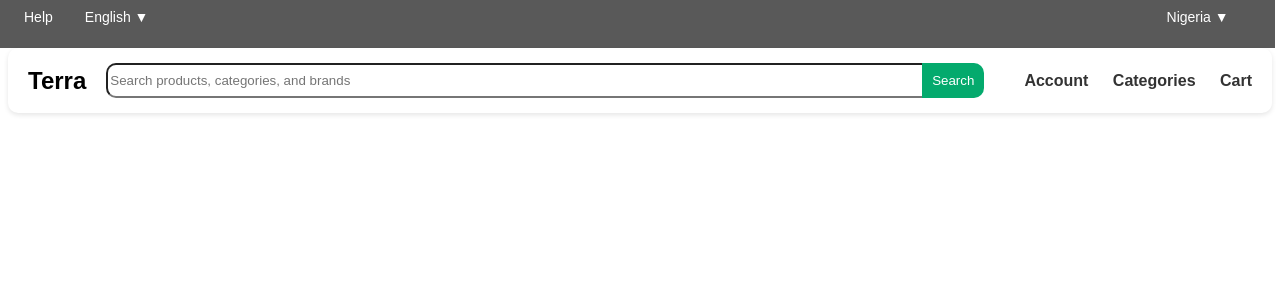
Repository: Femi007-gh/e-commerce
Page: index.html
An editor plug-in stored every save of this project. The page is shown before and after the next save, followed by the edit.
The browser window is 1280 px wide. The pictures show the whole page.

Above is the page before, as saved 2025-04-28 19:31:02.

After the next save:
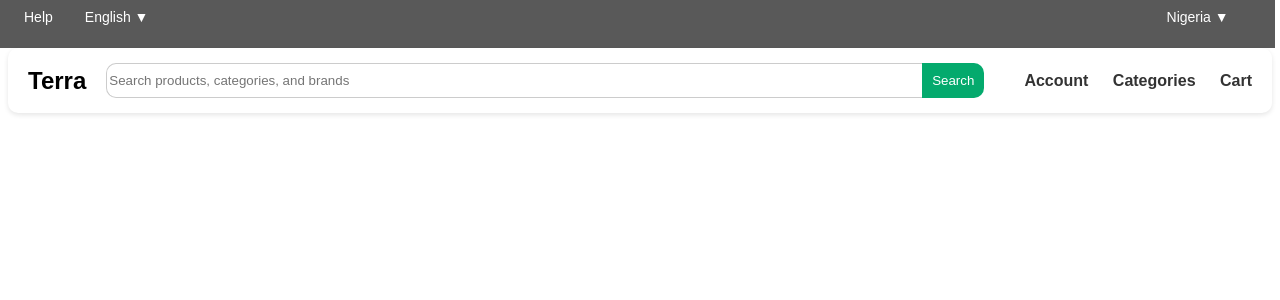
Saved 4 s later.
--- a/style.css
+++ b/style.css
@@ -94,7 +94,6 @@ body{
 
 .search-bar input {
   flex: 1;
-  paddi
   border: 1px solid #ccc;
   border-right: none;
   border-radius: 10px 0 0 10px;
